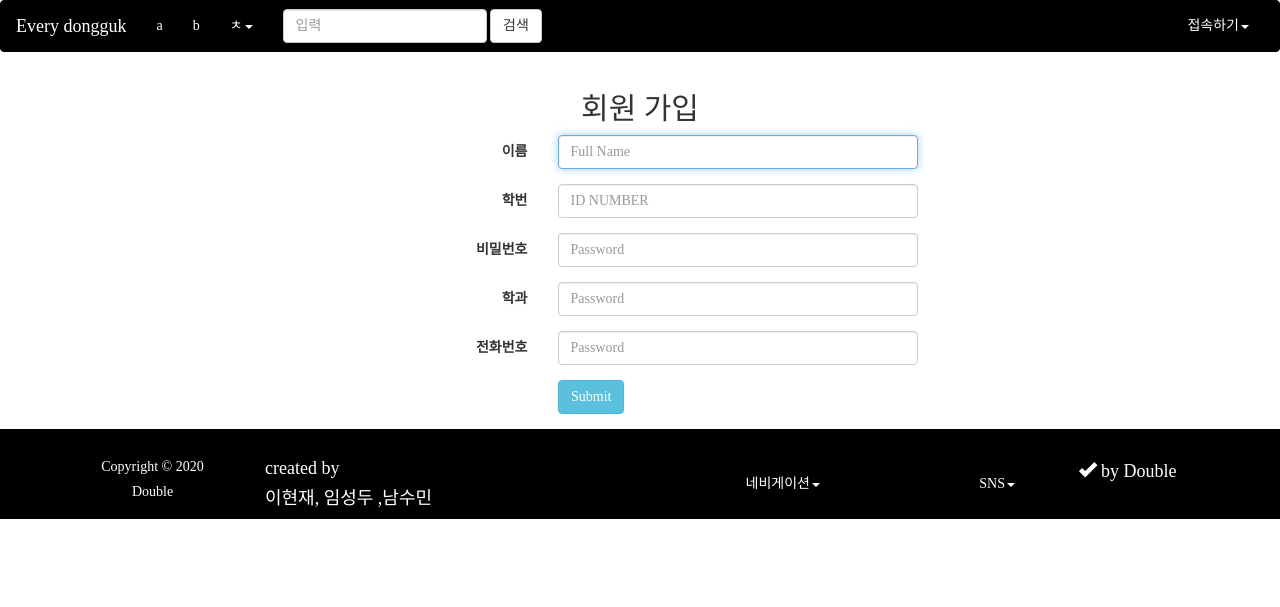
Repository: CSID-DGU/2020-1-ESCD-DOUBLE
Page: http://localhost/web/WEB-INF/views/register/registerForm.jsp
These files come from the project's save history. The page is drawn as it stood at one moment and after the next save; the edit follows.
The browser window is 1280 px wide. The pictures show the whole page.
Some web fonts or font styles are not loaded; a fallback is used. Some web libraries are served in a nearby version. The page is served by Tomcat 9. Nobody is signed in. Other server files are loaded and not shown. The template is opened directly, without the code that normally fills it, so the values that code supplies are empty.

Above is the page before, as saved 2020-04-29 08:14:40.

### web/src/main/webapp/WEB-INF/views/register/registerForm.jsp
<%@ page language="java" contentType="text/html; charset=EUC-KR"
    pageEncoding="EUC-KR"%>
<!DOCTYPE html>
<html>
<head>
<meta charset="EUC-KR">
<title>Insert title here</title>
<link rel="stylesheet" href="resources/css/bootstrap.css">
<link rel="stylesheet" href="resources/css/customize.css">
</head>
<body>
<script src="https://code.jquery.com/jquery-3.1.1.min.js"></script>
<script src="resources/js/bootstrap.js"></script>

<style type="text/css">


</style>

<%@include file="../template/header.jsp"%>







<div class="container text-center text-center">
            <form class="form-horizontal" role="form">
              <center>  <h2>회원 가입</h2>  </center>


				<div class="form-group" action="register_ok" method="post">
                    <label for="lastName" class="col-sm-5 control-label">이름</label>
                    <div class="col-sm-4">
                        <input type="text" id="firstName" name="Sname" placeholder="Full Name" class="form-control" autofocus>

                    </div>
                </div>
				<div class="form-group">
                    <label for="ID Number" class="col-sm-5 control-label">학번</label>
                    <div class="col-sm-4">
                        <input type="text" id="firstName" name="Sid" placeholder="ID NUMBER" class="form-control" autofocus>

                    </div>
                </div>

                <div class="form-group">
                    <label for="password" class="col-sm-5 control-label">비밀번호</label>
                    <div class="col-sm-4">
                        <input type="password" id="password" name="Spw" placeholder="Password" class="form-control">
                    </div>
                </div>

                <div class="form-group">
                    <label for="password" class="col-sm-5 control-label">학과</label>
                    <div class="col-sm-4">
                        <input type="password" id="password" name="Smajor" placeholder="Password" class="form-control">
                    </div>
                </div>

                <div class="form-group">
                    <label for="password" class="col-sm-5 control-label">전화번호</label>
                    <div class="col-sm-4">
                        <input type="password" id="password" name="Snum" placeholder="Password" class="form-control">
                    </div>
                </div>


                <div class="form-group">
                    <div class="col-md-5 col-sm-offset-3">
                        <button type="submit" class="btn btn-info">Submit</button>
                    </div>
                </div>
            </form> <!-- /form -->
        </div> <!-- ./container -->










<%@include file="../template/footer.jsp"%>
</body>
</html>

### web/src/main/webapp/WEB-INF/views/template/header.jsp
<%@ page language="java" contentType="text/html; charset=EUC-KR"
    pageEncoding="EUC-KR"%>
<!DOCTYPE html>
<html>
<head>
<meta charset="EUC-KR">
<title>Insert title here</title>
<link rel="stylesheet" href="resources/css/bootstrap.css">
<link rel="stylesheet" href="resources/css/customize.css">
</head>
<body>
<script src="https://code.jquery.com/jquery-3.1.1.min.js"></script>
<script src="resources/js/bootstrap.js"></script>

<style type="text/css">


</style>
<nav class="navbar navbar-default">
	<div class="container-fluid">

		<div class="navbar-header">
			<button type="button" class="navbar-toggle collapsed" data-toggle="collapse"
			data-target="#bs-example-navbar-collapse-1" aria-expanded="false"><!-- 크기를 줄였을때 나타나는 버튼 -->
				<span class="sr-only"></span>
				<span class="icon-bar"></span>
				<span class="icon-bar"></span>
				<span class="icon-bar"></span>
			</button>
			<a class="navbar-brand" href="index">Every dongguk</a>
		</div>

		<div class="collapse navbar-collapse" id="bs-example-navbar-collapse-1"><!-- 네비 중간 대부분을 차지함 -->
			<ul class="nav navbar-nav">
				<li class="active"><a href="a">a<span class="sr-only"></span></a></li>
				<li><a href="#">b</a></li>
				<li class="dropdown">
				<a href="#" class="dropdown-toggle" data-toggle="dropdown" role="button"
				aria-haspopup="true" aria-expanded="false">ㅊ<span class="caret"></span></a><!-- dropdown 연결이 어떤식인지는 모르겠지만 -->
					<ul class="dropdown-menu">
						<li><a href="#">냐옹</a></li>
						<li><a href="#">머멍</a></li>
						<li><a href="#">왈왈</a></li>
					</ul>
				</li>
			</ul>
			<form class="navbar-form navbar-left">
				<div class="form-group">
				<input type="text" class="form-control" placeholder="입력"></div>
				<button type="submit" class="btn btn-default">검색</button>
			</form>

			<ul class="nav navbar-nav navbar-right">
				<li class="dropdown">
					<a href="#" class="dropdown-toggle" data-toggle="dropdown" role="button"
					aria-haspopup="true" aria-expanded="false">접속하기<span class="caret"></span></a>
					<ul class="dropdown-menu">
						<li><a href="login_form">로그인</a></li>
						<li><a href="register_form">회원가입</a></li>
					</ul>

				</li>
			</ul>

		</div>
	</div>
</nav>



</body>
</html>

### web/src/main/webapp/WEB-INF/views/template/footer.jsp
<%@ page language="java" contentType="text/html; charset=EUC-KR"
    pageEncoding="EUC-KR"%>
<!DOCTYPE html>
<html>
<head>
<meta charset="EUC-KR">
<title>Insert title here</title>
<link rel="stylesheet" href="resources/css/bootstrap.css">
<link rel="stylesheet" href="resources/css/customize.css">
</head>
<body>
<script src="https://code.jquery.com/jquery-3.1.1.min.js"></script>
<script src="resources/js/bootstrap.js"></script>

<style type="text/css">
#footul ,#footul2{
color:white;}
#footul:hover ,#footul2:hover{

background-color:black;


}
#footul:focus,#footul2:hover{
background-color:black;}

</style>

<footer style="background-color: #000000;color:#ffffff">
	<div class="container">
		<br>
		<div class="row">
			<div class="col-sm-2" style="text-align: center;"><h5>Copyright &copy; 2020</h5><h5>Double </h5></div>
			<div class="col-sm-4"><h4>created by<h4><p>이현재, 임성두 ,남수민</p></div>
			<div class="col-sm-2"><h4 style="text-align:center;"></h4>

						<ul class="nav navbar-nav navbar-right">
				<li class="dropdown">
					<a href="#" class="dropdown-toggle" data-toggle="dropdown" role="button"
					aria-haspopup="true" aria-expanded="false" id="footul">네비게이션<span class="caret"></span></a>
					<ul class="dropdown-menu">
						<li><a href="#">냐옹</a></li>
						<li><a href="#">멍멍</a></li>
					</ul>

				</li>
			</ul>
			</div>
			<div class="col-sm-2"><h4 style="text-align:center;"></h4>



							<ul class="nav navbar-nav navbar-right">
				<li class="dropdown">
					<a href="#" class="dropdown-toggle" data-toggle="dropdown" role="button"
					aria-haspopup="true" aria-expanded="false" id="footul2">SNS<span class="caret"></span></a>
					<ul class="dropdown-menu">
						<li><a href="#">뭔가 개발자 이메일 보내기?</a></li>
						<li><a href="#">뭐 그런거...</a></li>
					</ul>

				</li>
			</ul>

			</div>
			<div class="col-sm-2"><h4 style="text-align:center;"><span class="glyphicon glyphicon-ok"></span>&nbsp;by Double</h4></div>
	</div>


</div>
</footer>


</body>
</html>

### web/src/main/webapp/resources/css/customize.css
@import url(http://fonts.googleapis.com/earlyaccess/nanumgothic.css);
*{font-family:'Nanum Gothic';}
a{
	color:#000000;
	text-decoration:none;
}
a:hover{
	color:#bbbbbb;
	text-decoration:none;
	cursor:pointer;
}
.navbar-default{/*까만색!*/
	background-color:#000000;
	border-color:#000000;
}
.navbar-default .navbar-brand{
	color:#ffffff;/*하얀색!*/
}
.navbar-default .navbar-brand:hover,
.navbar-default .navbar-brand:focus{
	background-color:transparent;
	color:#bbbbbb;
}
.navbar-default .navbar-nav> .active>a,
.navbar-default .navbar-nav> .active>a:hover,
.navbar-default .navbar-nav> .active>a:focus{
	color:white;
	background-color:#000000;
}
.navbar-default .navbar-nav> li>a:hover,
.navbar-default .navbar-nav> li>a:focus{
	color:#bbbbbb;
}
.navbar-default .navbar-nav> .open>a,
.navbar-default .navbar-nav> .open>a:hover,
.navbar-default .navbar-nav> .open>a:focus{
	color:#000000;
	background-color:#ffffff;
	text-decoration:none;
}
.navbar-default .navbar-nav>li>a{
	color:white;
}
@media(max-width:767px){
	.navbar-default .navbar-nav .open .dropdown-menu>li>a{
	color:#ffffff;}
	.navbar-default .navbar-nav .open .dropdown-menu>li>a:hover,
	.navbar-default .navbar-nav .open .dropdown-menu>li>a:focus{
	color:#bbbbbb;}

}

Loaded but not shown: web/src/main/webapp/resources/css/bootstrap.css (library); web/src/main/webapp/resources/js/bootstrap.js (library)

After the next save:
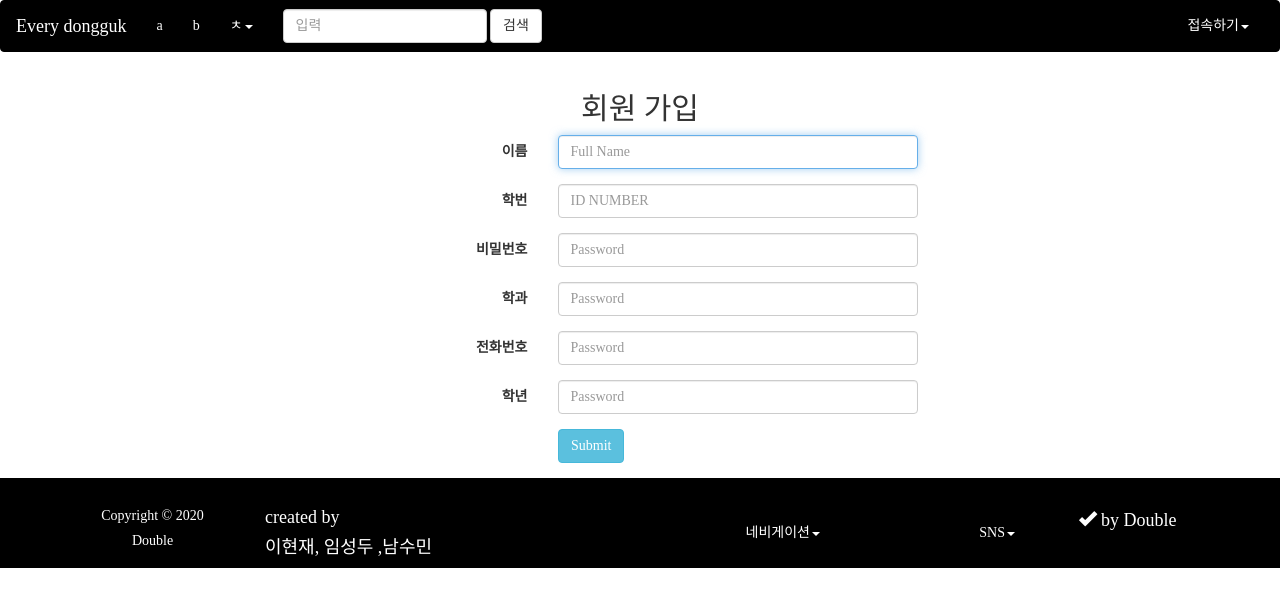
Saved 57 s later.
--- a/web/src/main/webapp/WEB-INF/views/register/registerForm.jsp
+++ b/web/src/main/webapp/WEB-INF/views/register/registerForm.jsp
@@ -55,17 +55,23 @@
                 <div class="form-group">
                     <label for="password" class="col-sm-5 control-label">학과</label>
                     <div class="col-sm-4">
-                        <input type="password" id="password" name="Smajor" placeholder="Password" class="form-control">
+                        <input type="text" id="password" name="Smajor" placeholder="Password" class="form-control">
                     </div>
                 </div>
 
                 <div class="form-group">
                     <label for="password" class="col-sm-5 control-label">전화번호</label>
                     <div class="col-sm-4">
-                        <input type="password" id="password" name="Snum" placeholder="Password" class="form-control">
+                        <input type="text" id="password" name="Snum" placeholder="Password" class="form-control">
                     </div>
                 </div>
 
+                <div class="form-group">
+                    <label for="password" class="col-sm-5 control-label">학년</label>
+                    <div class="col-sm-4">
+                        <input type="text" id="password" name="Sgrade" placeholder="Password" class="form-control">
+                    </div>
+                </div>
 
                 <div class="form-group">
                     <div class="col-md-5 col-sm-offset-3">
